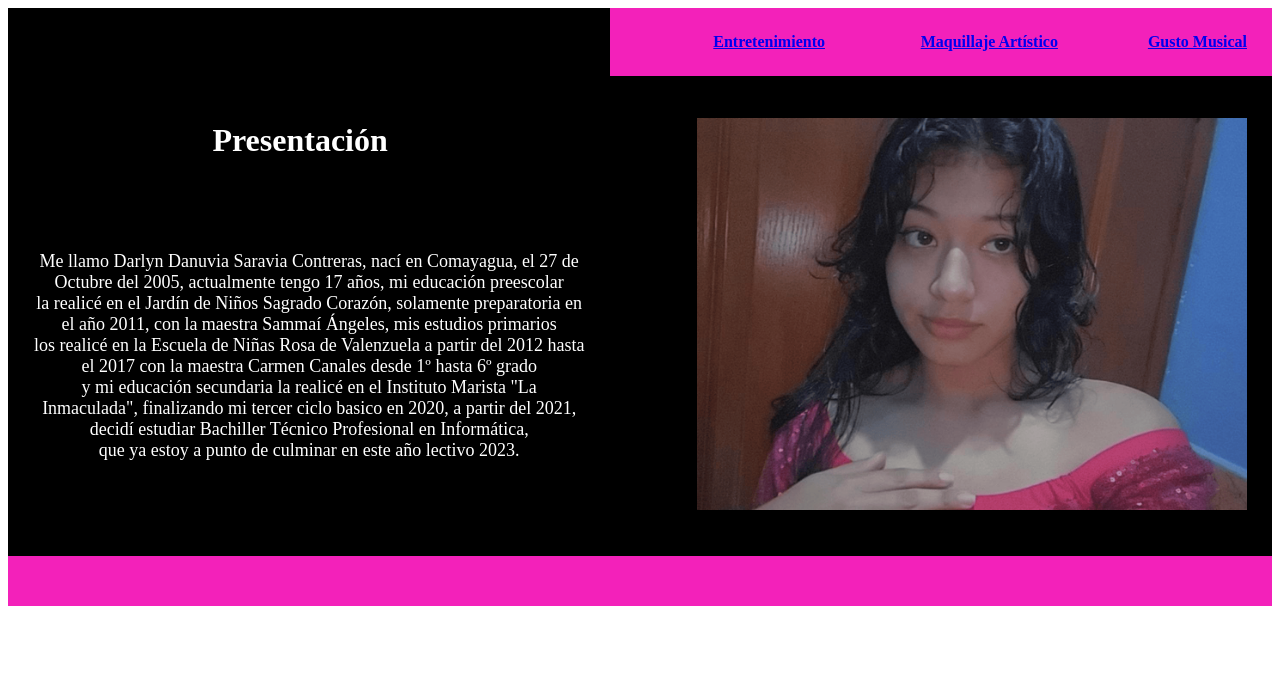
Repository: darlyn-saravia27/portafolio-darlynsaravia
Page: archivoshtml/index.html
The author's editor kept a copy of each file at every save. The page is drawn from the files as they stood at one save, then again after the next save.
The browser window is 1280 px wide. The pictures show the whole page.

Above is the page before, as saved 2023-03-05 03:40:35.

### archivoshtml/index.html
<!DOCTYPE html>
<html lang="en">
<head>
    <meta charset="UTF-8">
    <meta http-equiv="X-UA-Compatible" content="IE=edge">
    <meta name="viewport" content="width=device-width, initial-scale=1.0">
    <title>Mi Portafolio Web</title>
</head>
<body>
    <table align="center" cellspacing="0" cellpadding="25%" width="100%">
    <tr align="center" bgcolor="black">
        <td>-----------------------------------------------------------------------------------</td>
        <td align="right" bgcolor="F321BA"><font color="white"><strong><a href="entretenimiento.html">
            Entretenimiento</a></strong></font></td>
        <td align="right" bgcolor="F321BA"><font color="white"><strong><a href="maquillaje.html">
            Maquillaje Artístico</a></strong></font></td>
        <td align="right" bgcolor="F321BA"><font color="white"><strong><a href="gustomusical.html">
            Gusto Musical</a></strong></font></td>
    </tr>
    <tr bgcolor="#000000">
        <td align="center">
            <h1><font color="white">Presentación</font>></h1>
            <br>
            <br>
            <br>
            <p><font color="white" size="4"> Me llamo Darlyn Danuvia Saravia Contreras, nací en Comayagua,
                el 27 de Octubre del 2005, actualmente tengo 17 años, mi educación preescolar <br>la realicé
                en el Jardín de Niños Sagrado Corazón, solamente preparatoria en el año 2011,
                con la maestra Sammaí Ángeles, mis estudios primarios <br>los realicé en la
                Escuela de Niñas Rosa de Valenzuela a partir del 2012 hasta el 2017 con
                la maestra Carmen Canales desde 1º hasta 6º grado <br>y mi educación secundaria la
                realicé en el Instituto Marista "La Inmaculada", finalizando
                mi tercer ciclo basico en 2020, a partir del 2021, decidí estudiar Bachiller
                Técnico Profesional en Informática, <br>que ya estoy a punto de culminar en este año lectivo 2023.</font>
            </p>
            <br>
            <br>
            <br>
        </td>
        <td align="right" colspan="3">
            <img src="foto.png" alt="Darlyn Saravia" width="90%" height="90%">
        </td>
    </tr>
    <tr bgcolor="F321BA" border color="F321BA">
        <td rowspan="2"></td>
        <td rowspan="2"></td>
        <td rowspan="2"></td>
        <td rowspan="2"></td>
    </tr>
</body>
</html>

After the next save:
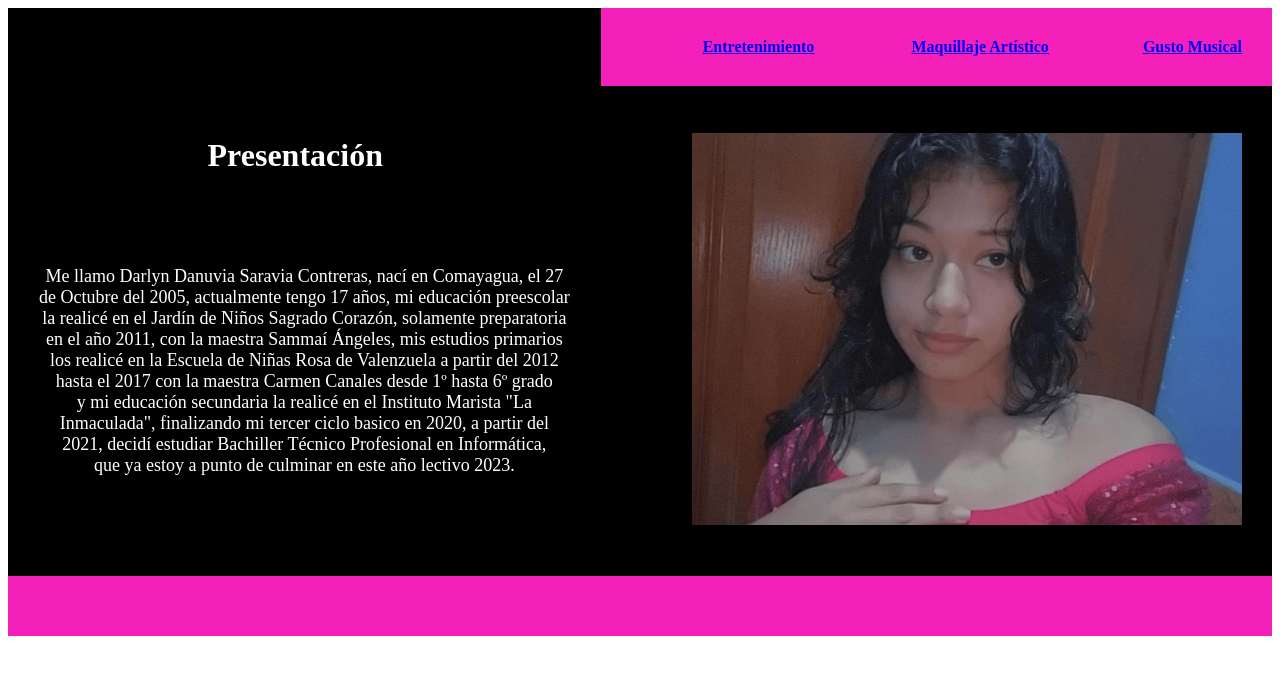
Saved 31 s later.
--- a/archivoshtml/index.html
+++ b/archivoshtml/index.html
@@ -7,7 +7,7 @@
     <title>Mi Portafolio Web</title>
 </head>
 <body>
-    <table align="center" cellspacing="0" cellpadding="25%" width="100%">
+    <table align="center" cellspacing="0" cellpadding="30%" width="100%">
     <tr align="center" bgcolor="black">
         <td>-----------------------------------------------------------------------------------</td>
         <td align="right" bgcolor="F321BA"><font color="white"><strong><a href="entretenimiento.html">
